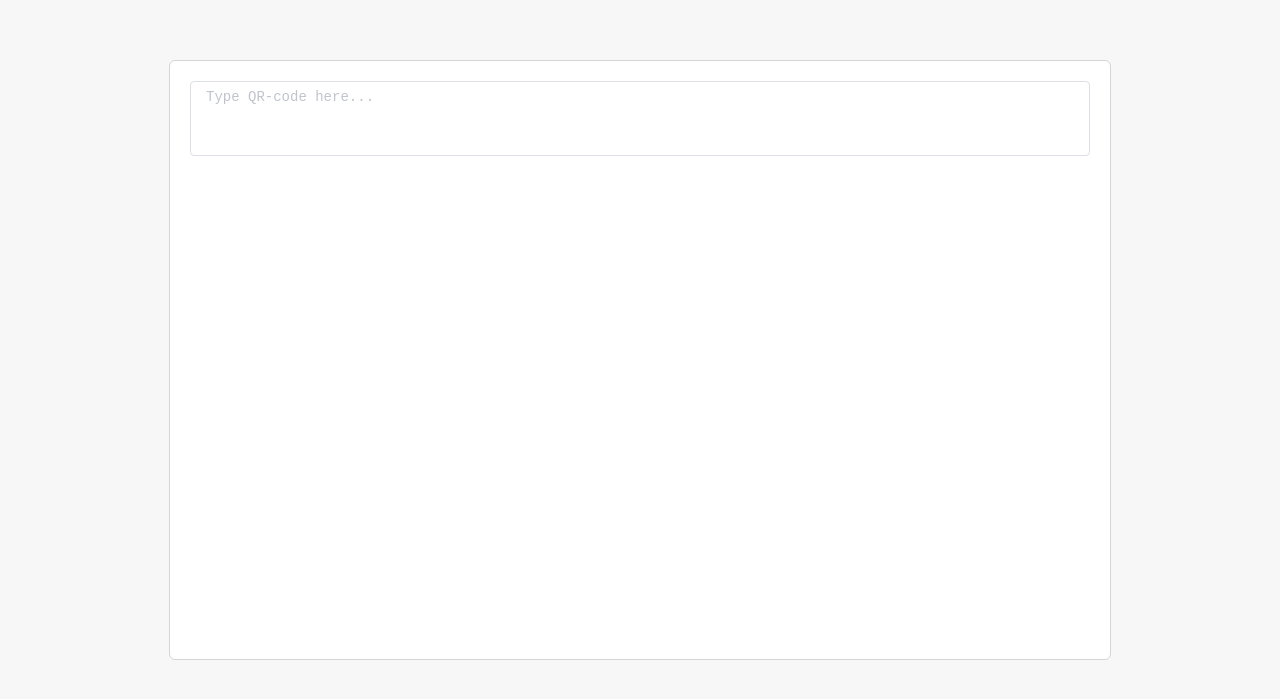
Repository: dvasyliev/qrcode_parser
Page: /
The author's editor kept a copy of each file at every save. The page is drawn from the files as they stood at one save, then again after the next save.
The browser window is 1280 px wide. The pictures show the whole page.
The project was rebuilt for these pictures with package versions that can differ from the ones it lists, and the page was loaded fresh each time.

Above is the page before, as saved 2018-08-26 10:18:59.

After the next save:
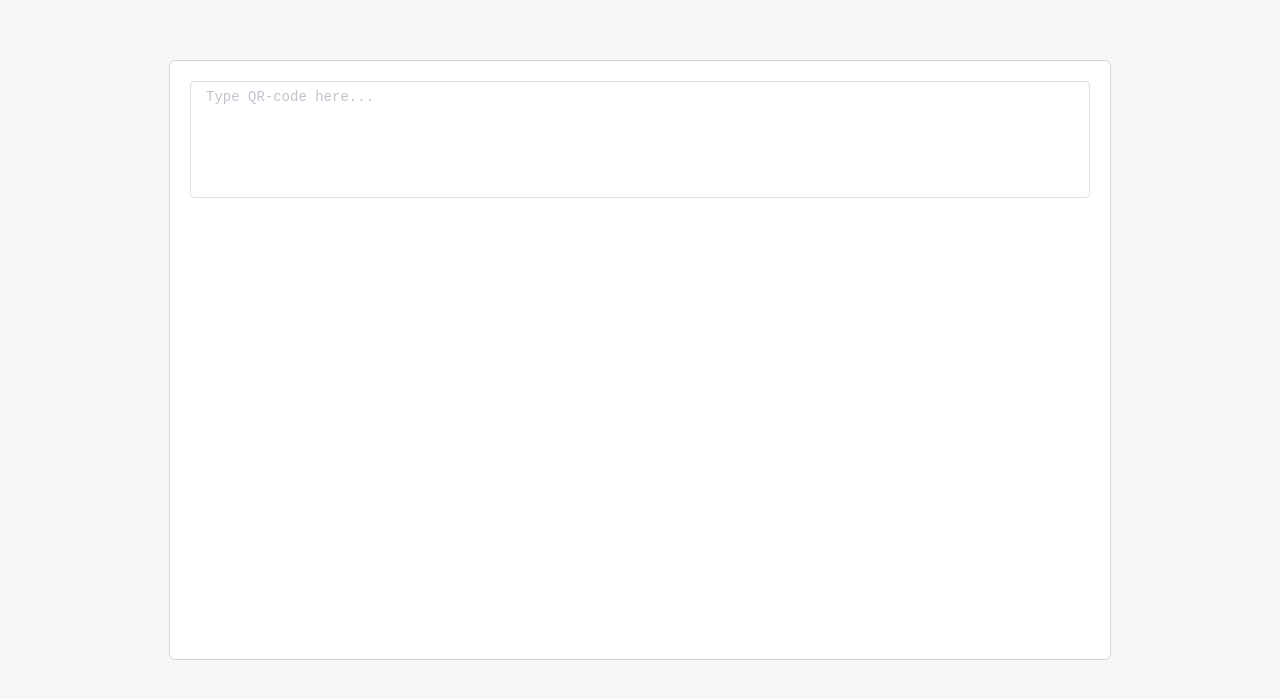
Saved 28 s later.
--- a/src/App.vue
+++ b/src/App.vue
@@ -7,7 +7,7 @@
           type="textarea"
           placeholder="Type QR-code here..."
           resize="none"
-          :rows="3"/>
+          :rows="5"/>
       </div>
     </div>
   </div>
